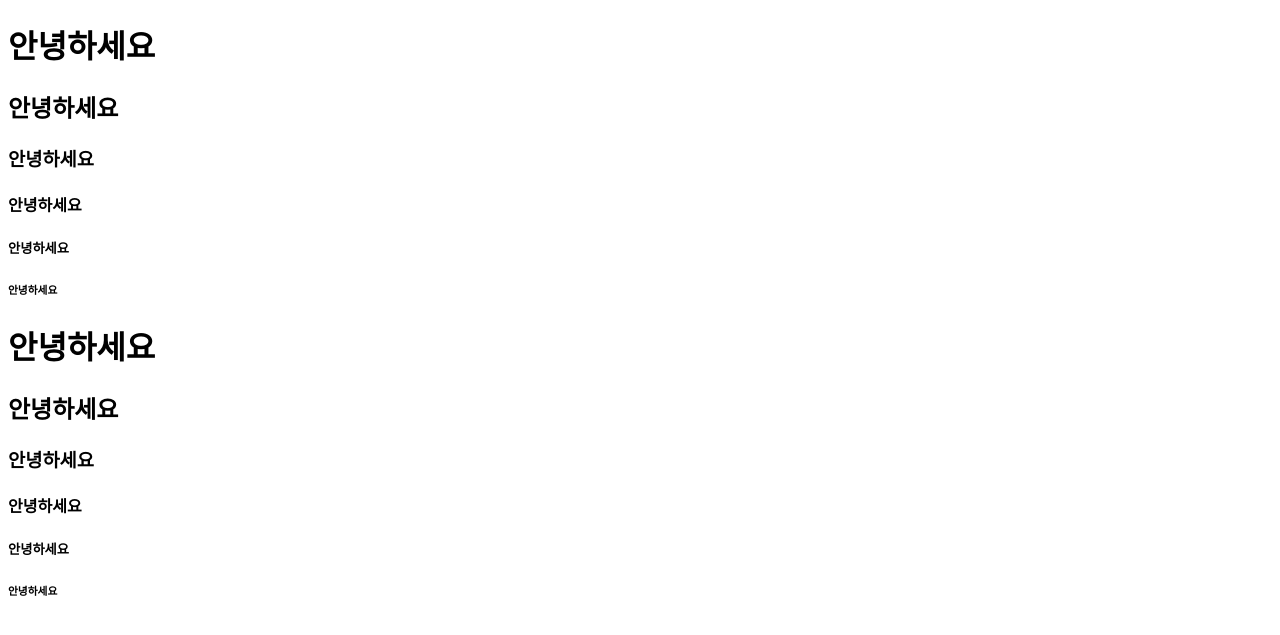
Repository: MySunTY/JSP
Page: http://localhost/JSP07/next.jsp
An editor plug-in stored every save of this project. The page is shown before and after the next save, followed by the edit.
The browser window is 1280 px wide. The pictures show the whole page.
The page is served by Tomcat 9.

Above is the page before, as saved 2024-05-16 01:40:29.

### JSP07/src/main/webapp/next.jsp
<%@ page language="java" contentType="text/html; charset=utf-8"
    pageEncoding="utf-8"%>
<!DOCTYPE html>
<html>
	<head>
		<meta charset="utf-8">
		<title>for문의 사용 예시</title>
	</head>
	<body>
		<%
			for(int i=1 ; i<7 ; i++){
				out.print("<h");
					out.print(i);
				out.print(">");
					out.print("안녕하세요");
				out.print("</h");
					out.print(i);
				out.print(">");

			}
		%>
		<%
			for(int i = 1 ; i<7 ; i++){
		%>
				<h<%=i%>>안녕하세요</h<%=i %>>
		<%
			}//for문

		%>
	</body>
</html>

After the next save:
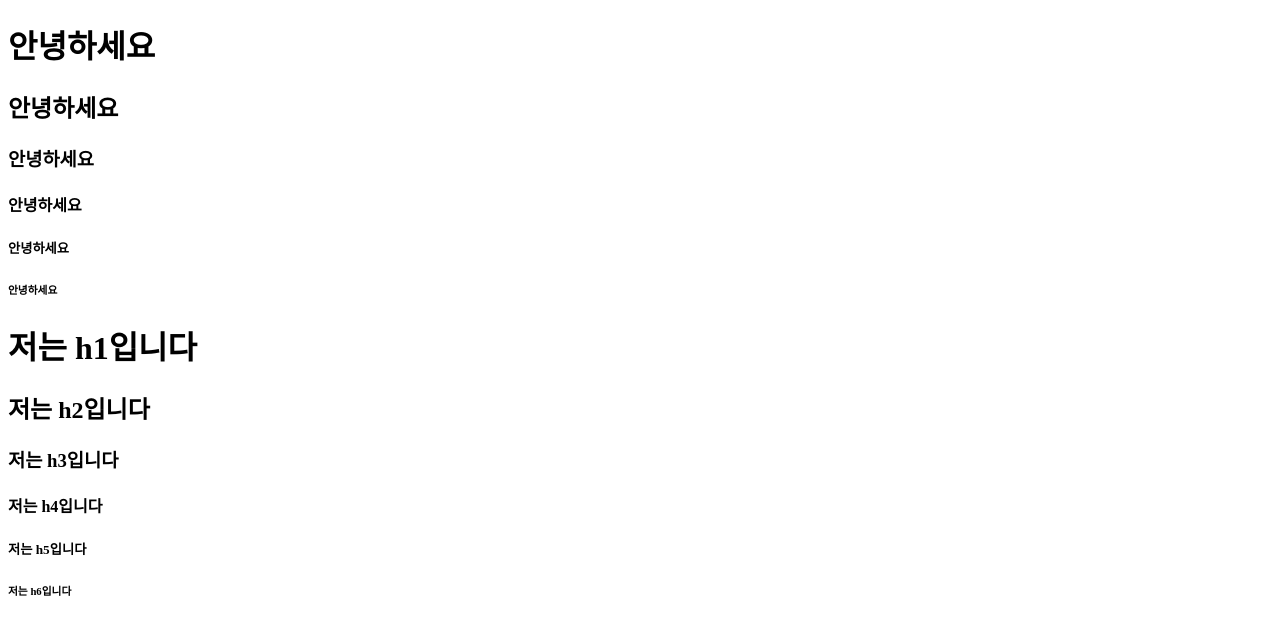
Saved 3 min 41 s later.
--- a/JSP07/src/main/webapp/next.jsp
+++ b/JSP07/src/main/webapp/next.jsp
@@ -22,7 +22,7 @@
 		<%
 			for(int i = 1 ; i<7 ; i++){
 		%>
-				<h<%=i%>>안녕하세요</h<%=i %>>
+				<h<%=i%>>저는 h<%=i %>입니다</h<%=i %>>
 		<%
 			}//for문
 
